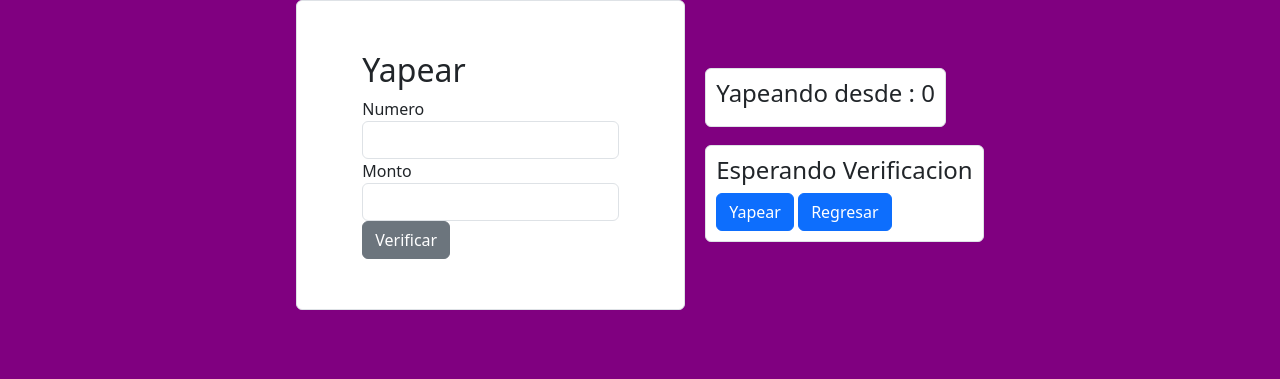
Repository: Gimblet/LP1_Proyecto_Yape
Page: http://localhost/Yape/Yapear.jsp
These files come from the project's save history. The page is drawn as it stood at one moment and after the next save; the edit follows.
The browser window is 1280 px wide. The pictures show the whole page.
The page is served by Tomcat 9. Other server files are loaded and not shown. Queries for data that is not in the repository find no rows.

Above is the page before, as saved 2024-05-03 01:07:30.

### Yape/src/main/webapp/Yapear.jsp
<%@page import="data.ClaseUtilitaria"%>
<%@page import="gestion.Metodos"%>
<%@ page language="java" contentType="text/html; charset=ISO-8859-1" pageEncoding="ISO-8859-1" %>
<%  //Obtener Numero
	Metodos obtenerNumero = new Metodos();
	int numero = 0;
	if(obtenerNumero.obtenerUsuario() != 0)
		numero = obtenerNumero.obtenerUsuario();
%>
    <!DOCTYPE html>
    <html>

    <head>
        <meta charset="ISO-8859-1">
        <link href="Resources/bootstrap.min.css" rel="stylesheet">
        <title>Nuevo Yapeo</title>
        <style>
        	body{
        		background-color: purple;
				margin: 0;
        	}

            .container {
                display: flex;
                flex-direction: column;
            }

            main{
            	margin: auto;
            	display: flex;
            	gap: 20px;
            }

            aside{
            	display: flex;
            	flex-direction: column;
            	justify-content: center;
            	gap: 18px;
            }

            aside div{
            	padding: 10px;
            	background-color: white;
            }

            .form-container {
                align-self: center;
                padding: 50px 65px 50px 65px;
                background-color: white;
            }

            input:hover {
                cursor: pointer;
            }

            #ver1{
            	width: max-content;
            }

            section, aside{
            	witdh: 350px;
            }
        </style>
    </head>

    <body>
        <div class="container">
        <main>
        	<section>
        		<div class="form-container border rounded">
                	<form action="Servlet" method="post">
                	<%
                  	String respuesta = "Esperando Verificacion";
                  	if(request.getAttribute("ValidacionYape") != null){
                	  	ClaseUtilitaria item = (ClaseUtilitaria) request.getAttribute("ValidacionYape");
                	  	if(item.getRespuesta().equals("Datos Conformes")){
                		  	respuesta = item.getRespuesta() + "<br>" +
                          	"Estas Yapeando a " + item.getNombreRecipiente() + "<br>" +
                          	"El monto de : " + "S/" + item.getMontoRecipiente();
                	  	}
                	  	else{
                			  respuesta = item.getRespuesta();
                	 	 }
                  	}
                	%>
                    	<h2>Yapear</h2>
                    	<div id="ola">
                    		<div class="form-group">
                    			<label>Numero</label>
                    			<input class="form form-control" required type="text" name="txtNumero" <% if(request.getAttribute("ValidacionYape") != null){
                  	  			ClaseUtilitaria item = (ClaseUtilitaria) request.getAttribute("ValidacionYape");
								if(item.getRespuesta().equals("Datos Conformes")){ %> value=<%= item.getNumeroRecipiente() %> <%}} %>>
                    		</div>
                    		<div class="form-group">
                    			<label>Monto</label>
                    			<input class="form form-control" required type="text" name="txtMonto" <% if(request.getAttribute("ValidacionYape") != null){
                  	  			ClaseUtilitaria item = (ClaseUtilitaria) request.getAttribute("ValidacionYape");
								if(item.getRespuesta().equals("Datos Conformes")){ %> value=<%= item.getMontoRecipiente()%> <%} }%>>
                    		</div>
                    		<input class="btn btn-secondary" type="submit" name="type" value="Verificar">
                    	</div>

                	</form>
            	</div>
        	</section>
        	<aside>
        		<div class="border rounded" id="ver1">
        			<h4>Yapeando desde : <%= numero %></h4>
        		</div>
        		<div class="border rounded" id="ver2">
        			<h4><%= respuesta %></h4>
					<input class="btn btn-primary" type="submit" name="type" value="Yapear">
					<a href="Servlet?type=Volver" class="btn btn-primary">Regresar</a>
        		</div>
        	</aside>
        </main>
        </div>
    </body>

    </html>

### Yape/src/main/java/interfaces/IntYape.java
package interfaces;

import java.util.List;

import data.ClaseUtilitaria;
import data.Logins;
import data.Yapes;

public interface IntYape {
	Logins Login(int numero, String clave, String tipoUsr);
	List<Yapes> ListarYapes();
	List<Yapes> ListarTodosLosYapes();
	List<Logins> ListarUsuarios();
	int obtenerUsuario();
	String obtenerTipoUsuario();
	void cerrarSesion();
	ClaseUtilitaria validarYape(int numero, double monto);
	boolean validarYapeEditar(int numeroRec, int numeroRem, double monto, double OGmonto);
	void editarYape(int id, int numeroRec, int numeroRem, double monto, double OGmonto);
	void eliminarYape(int id, int numeroRec, int numeroRem, double OGmonto);
	public void eliminarUsuario(int id);
	Logins obtenerInformacionUsuario(int id);
	void editarUsuario(int id, String nombreApe, double saldo, String clave);
	void yapear(int numero, double monto);
	ClaseUtilitaria obtenerInformacionYape(int id);
	public String formatearFecha(String OGFecha);
	public String formatearHora(String OGHora);
}

### Yape/src/main/java/util/MysqlConexion.java
package util;

import java.sql.Connection;
import java.sql.DriverManager;
import java.sql.SQLException;

public class MysqlConexion {
	public static Connection getConexion() {
		Connection con = null;
		try {
			Class.forName("com.mysql.cj.jdbc.Driver").getDeclaredConstructor().newInstance();
			String url = "jdbc:mysql://localhost:3306/dbYape";
			String usr = "root";
			String psw = "mysql";
			con = DriverManager.getConnection(url, usr, psw);
		} catch(ClassNotFoundException e) {
			System.out.println("Error con el Driver de Base de Datos" + e.getMessage());
		} catch(SQLException e){
			System.out.println("Error con la base de datos" + e.getMessage());
		} catch(Exception e) {
			System.out.println("Error General" + e.getMessage());
		}
		return con;
	}

	public static void closeConnection(Connection con) {
		try {
			con.close();
		} catch(SQLException e) {
			System.out.println("Problemas al cerrar la conexion");
			e.printStackTrace();
		}
	}
}

Loaded but not shown: Yape/src/main/webapp/Resources/bootstrap.min.css (library); Yape/src/main/java/gestion/Metodos.java (896 lines, source omitted)

After the next save:
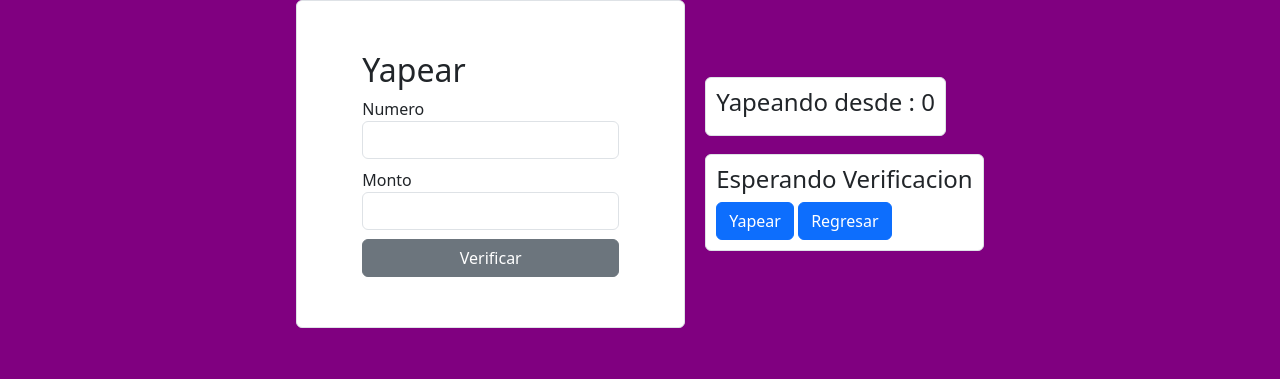
Saved 20 s later.
--- a/Yape/src/main/webapp/Yapear.jsp
+++ b/Yape/src/main/webapp/Yapear.jsp
@@ -55,6 +55,12 @@
 
             #ver1{
             	width: max-content;
+            }
+
+            #ola{
+            	display: flex;
+            	flex-direction: column;
+            	gap: 9px;
             }
 
             section, aside{

After the save that followed:
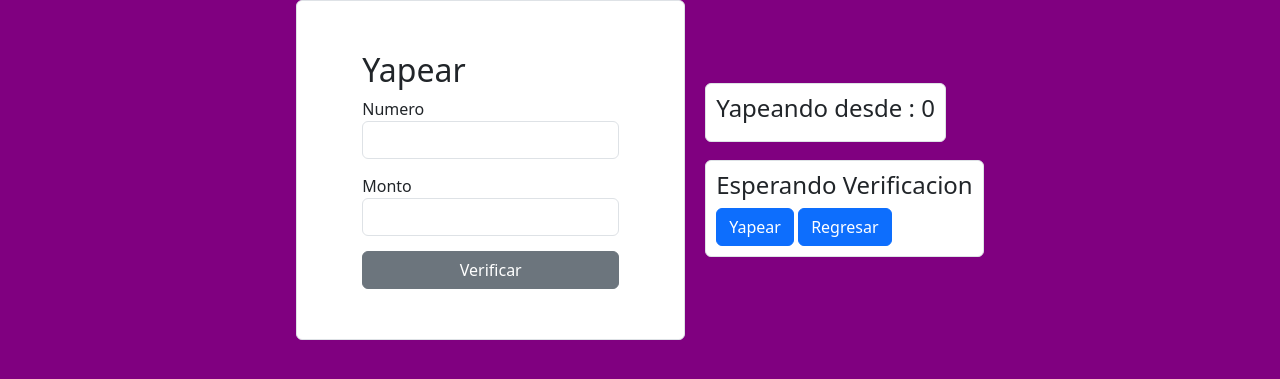
Saved 17 s later.
--- a/Yape/src/main/webapp/Yapear.jsp
+++ b/Yape/src/main/webapp/Yapear.jsp
@@ -60,7 +60,7 @@
             #ola{
             	display: flex;
             	flex-direction: column;
-            	gap: 9px;
+            	gap: 15px;
             }
 
             section, aside{
